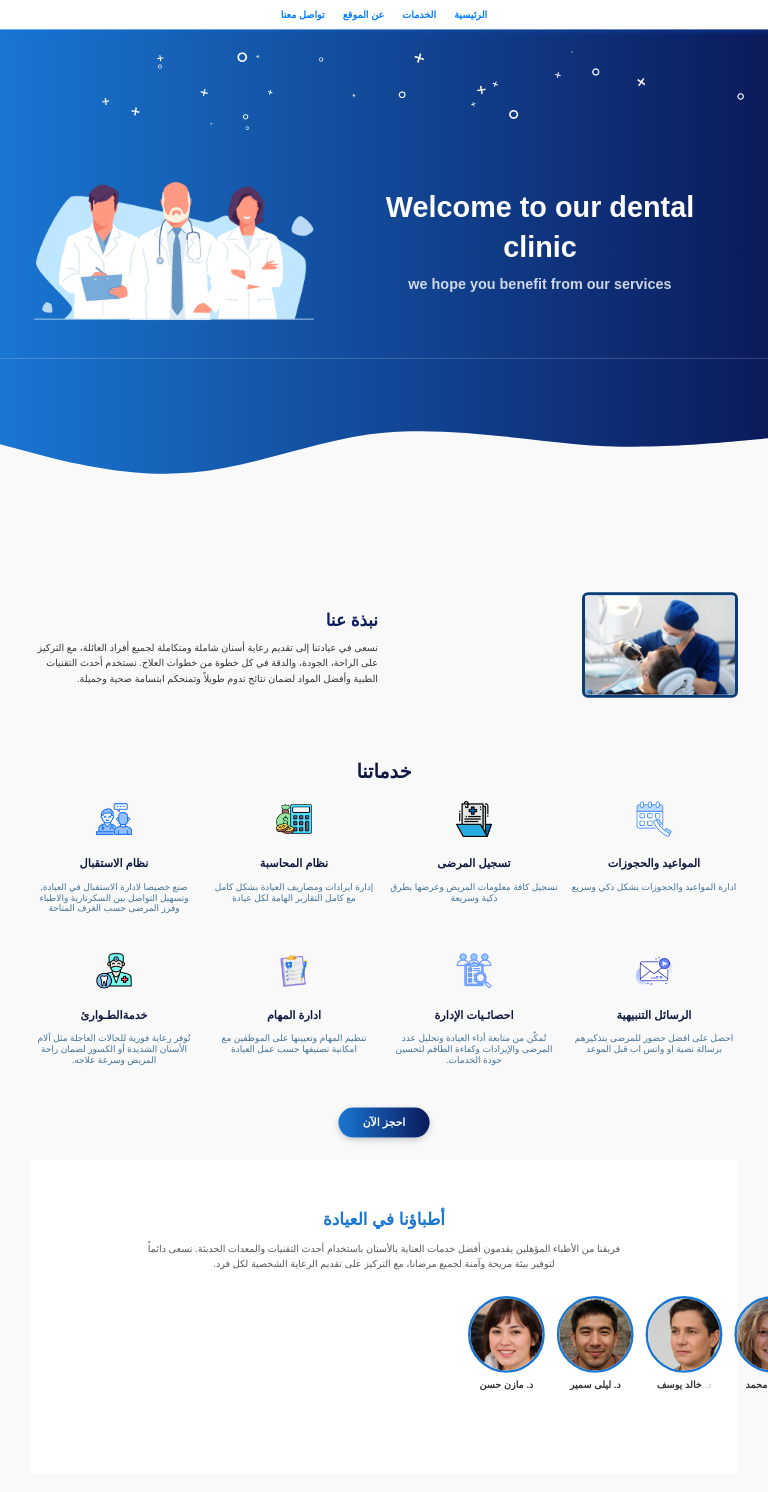
Repository: mysite4/s
Page: http://localhost/
The author's editor kept a copy of each file at every save. The page is drawn from the files as they stood at one save, then again after the next save.
The browser window is 1280 px wide. The pictures show the whole page, at 60% of full size.
Some web fonts or font styles are not loaded; a fallback is used. The page is served by the project's application, run on Django 5.2 (manage.py). Other server files are loaded and not shown.

Above is the page before, as saved 2025-10-22 18:47:47.

### main/templates/home.html
{% load static %}
<!DOCTYPE html>
<html lang="ar" dir="rtl">
<head>
<meta charset="UTF-8">
<meta name="viewport" content="width=device-width, initial-scale=1.0">
<title>dental clinick</title>
<link href="https://fonts.googleapis.com/css2?family=Cairo:wght@200..1000&display=swap" rel="stylesheet">
<link rel="stylesheet" href="{% static 'css/style.css' %}">
</head>
<body>

<nav>
  <ul>
    <li><a href="#">الرئيسية</a></li>
    <li><a href="#">الخدمات</a></li>
    <li><a href="#">عن الموقع</a></li>
    <li><a href="#">تواصل معنا</a></li>
  </ul>
</nav>

<header>
  <div class="header-image">
    <img src="{% static 'image/44.png' %}" alt="صورة شفافة">
  </div>
  <div class="header-content">
    <div class="header-text">
      <h1>Welcome to our dental clinic</h1>
      <h3>we hope you benefit from our services</h3>
    </div>
    <div class="header-icon">
      <img src="{% static 'image/r.png.png' %}" alt="ريم">
    </div>
  </div>
</header>

<!-- موجة -->
<svg class="waves" xmlns="http://www.w3.org/2000/svg" viewBox="0 0 1440 320">
  <defs>
    <linearGradient id="waveGradient" x1="0%" y1="0%" x2="100%" y2="0%">
      <stop offset="0%" style="stop-color:#1976d2;stop-opacity:1" />
      <stop offset="100%" style="stop-color:#0b1a5b;stop-opacity:1"/>
    </linearGradient>
  </defs>
  <path fill="url(#waveGradient)" d="M0,160L60,176C120,192,240,224,360,213.3C480,203,600,149,720,138.7C840,128,960,149,1080,160C1200,171,1320,160,1380,154.7L1440,149L1440,0L0,0Z"></path>
</svg>

<main>
  <!-- قسم نبذة عنا -->
  <div class="about-section">
    <div class="about-image">
      <img src="{% static 'image/9.webp' %}" alt="صورة طبيب أسنان">
    </div>
    <div class="about-text">
      <h2>نبذة عنا</h2>
      <p>
        نسعى في عيادتنا إلى تقديم رعاية أسنان شاملة ومتكاملة لجميع أفراد العائلة، مع التركيز على الراحة، الجودة، والدقة في كل خطوة من خطوات العلاج.
        نستخدم أحدث التقنيات الطبية وأفضل المواد لضمان نتائج تدوم طويلاً وتمنحكم ابتسامة صحية وجميلة.
      </p>
    </div>
  </div>

  <!-- قسم خدماتنا -->
  <section class="services-section">
    <h2>خدماتنا</h2>
    <div class="services-container">
      <div class="service-item">
        <img src="{% static 'image/appointment.png' %}" alt="خدمة 1">
        <h3>المواعيد والحجوزات</h3>
        <p>ادارة المواعيد والحجوزات بشكل ذكي وسريع</p>
      </div>
      <div class="service-item">
        <img src="{% static 'image/folder.png' %}" alt="خدمة 2">
        <h3>تسجيل المرضى</h3>
        <p>تسجيل كافة معلومات المريض وعرضها بطرق ذكية وسريعة</p>
      </div>
      <div class="service-item">
        <img src="{% static 'image/budget.png' %}" alt="خدمة 3">
        <h3>نظام المحاسبة</h3>
        <p>إدارة ايرادات ومصاريف العيادة بشكل كامل مع كامل التقارير الهامة لكل عيادة </p>
      </div>
      <div class="service-item">
        <img src="{% static 'image/doctor-consultation.png' %}" alt="خدمة 4">
        <h3>نظام الاستقبال</h3>
        <p>صنع خصيصا لادارة الاستقبال في العيادة, وتسهيل التواصل بين السكرتارية والاطباء وفرز المرضى حسب الغرف المتاحة</p>
      </div>
      <div class="service-item">
        <img src="{% static 'image/message.png' %}" alt="خدمة 5">
        <h3>الرسائل التنبيهية</h3>
        <p>احصل على افضل حضور للمرضى بتذكيرهم برسالة نصية او واتس اب قبل الموعد</p>
      </div>
      <div class="service-item">
        <img src="{% static 'image/feasibility.png' %}" alt="خدمة 6">
        <h3>احصائـيات الإدارة</h3>
        <p>تُمكّن من متابعة أداء العيادة وتحليل عدد المرضى والإيرادات وكفاءة الطاقم لتحسين جودة الخدمات. </p>
      </div>
      <div class="service-item">
        <img src="{% static 'image/record.png' %}" alt="خدمة 7">
        <h3>ادارة المهام</h3>
        <p>تنظيم المهام وتعيينها على الموظفين مع امكانية تصنيفها حسب عمل العيادة</p>
      </div>
      <div class="service-item">
        <img src="{% static 'image/dentist.png' %}" alt="خدمة 8">
        <h3>خدمةالطـوارئ</h3>
        <p>تُوفر رعاية فورية للحالات العاجلة مثل آلام الأسنان الشديدة أو الكسور لضمان راحة المريض وسرعة علاجه. </p>
      </div>
    </div>
       <div class="book-button">
  <a href="{% url 'booking_page' %}">احجز الآن</a>
</div>
  </section>

  <!-- قسم الأطباء -->
  <section class="doctors-section">
    <h2>أطباؤنا في العيادة</h2>
    <p class="description">
      فريقنا من الأطباء المؤهلين يقدمون أفضل خدمات العناية بالأسنان باستخدام أحدث التقنيات والمعدات الحديثة. نسعى دائماً لتوفير بيئة مريحة وآمنة لجميع مرضانا، مع التركيز على تقديم الرعاية الشخصية لكل فرد.
    </p>

    <!-- Swiper -->
    <div class="swiper doctors-swiper">
      <div class="swiper-wrapper">
        <div class="swiper-slide doctor-card">
          <div class="doctor-img"><img src="{% static 'image/oi.jpg' %}" alt="د. أحمد"></div>
          <div class="doctor-name">د. أحمد علي</div>
        </div>
        <div class="swiper-slide doctor-card">
          <div class="doctor-img"><img src="{% static 'image/ops.jpg' %}" alt="د. سارة"></div>
          <div class="doctor-name">د. سارة محمد</div>
        </div>
        <div class="swiper-slide doctor-card">
          <div class="doctor-img"><img src="{% static 'image/p.jpg' %}" alt="د. خالد"></div>
          <div class="doctor-name">د. خالد يوسف</div>
        </div>
        <div class="swiper-slide doctor-card">
          <div class="doctor-img"><img src="{% static 'image/we.jpg' %}" alt="د. ليلى"></div>
          <div class="doctor-name">د. ليلى سمير</div>
        </div>
        <div class="swiper-slide doctor-card">
          <div class="doctor-img"><img src="{% static 'image/y.jpg' %}" alt="د. مازن"></div>
          <div class="doctor-name">د. مازن حسن</div>
        </div>
      </div>

      <!-- Pagination نقاط -->
      <div class="swiper-pagination"></div>

      <!-- أزرار التالي/السابق -->
      <div class="swiper-button-next"></div>
      <div class="swiper-button-prev"></div>
    </div>

  </section>

</main>

<!-- Swiper JS -->
<script src="https://cdn.jsdelivr.net/npm/swiper@10/swiper-bundle.min.js"></script>

<script>
 const swiper = new Swiper('.doctors-swiper', {
  slidesPerView: 4,        // عدد الصور المرئية في نفس الوقت
  spaceBetween: 20,        // المسافة بين الصور
  loop: true,              // لتكرار السلايدر
  autoplay: {
    delay: 2000,
    disableOnInteraction: false,
  },
  navigation: {            // أزرار التالي/السابق
    nextEl: '.swiper-button-next',
    prevEl: '.swiper-button-prev',
  },
  pagination: {            // نقاط التصفح
    el: '.swiper-pagination',
    clickable: true,
  },
  breakpoints: {           // responsive
    320: { slidesPerView: 1 },
    480: { slidesPerView: 2 },
    768: { slidesPerView: 3 },
    1024: { slidesPerView: 4 }
  }
});

</script>

</body>
</html>

### main/views.py
from django.shortcuts import render

def home(request):
    return render(request, 'home.html')
from django.shortcuts import render

def booking_page(request):
    return render(request, 'booking.html')
from django.shortcuts import render, redirect
from .forms import AppointmentForm

def booking_page(request):
    if request.method == 'POST':
        form = AppointmentForm(request.POST)
        if form.is_valid():
            form.save()
            return render(request, 'booking_success.html')
    else:
        form = AppointmentForm()
    return render(request, 'booking.html', {'form': form})

### mysite/urls.py
"""
URL configuration for mysite project.

The `urlpatterns` list routes URLs to views. For more information please see:
    https://docs.djangoproject.com/en/5.2/topics/http/urls/
Examples:
Function views
    1. Add an import:  from my_app import views
    2. Add a URL to urlpatterns:  path('', views.home, name='home')
Class-based views
    1. Add an import:  from other_app.views import Home
    2. Add a URL to urlpatterns:  path('', Home.as_view(), name='home')
Including another URLconf
    1. Import the include() function: from django.urls import include, path
    2. Add a URL to urlpatterns:  path('blog/', include('blog.urls'))
"""
from django.contrib import admin
from django.urls import path, include

urlpatterns = [
    path('admin/', admin.site.urls),
    path('', include('main.urls')),
]

### main/urls.py
from django.urls import path
from . import views

urlpatterns = [
    path('', views.home, name='home'),
    path('booking/', views.booking_page, name='booking_page'),
]

### main/static/css/style.css
/* إعدادات عامة */
html, body {
  margin: 0;
  padding: 0;
  width: 100%;
  font-family: 'Cairo', sans-serif;
  background-color: #f9f9f9;
}

/* Navbar */
nav {
  width: 100%;
  background-color: #ffffff;
  box-shadow: 0 4px 8px rgba(0, 123, 255, 0.2);
  position: fixed;
  top: 0;
  z-index: 1000;
}

nav ul {
  display: flex;
  justify-content: center;
  list-style: none;
  margin: 0;
  padding: 0 30px;
}

nav ul li {
  margin: 0 15px;
}

nav ul li a {
  text-decoration: none;
  color: #007bff;
  font-weight: 600;
  padding: 15px 0;
  display: inline-block;
  transition: color 0.3s, border-bottom 0.3s;
}

nav ul li a:hover {
  color: #0056b3;
  border-bottom: 3px solid #007bff;
}

/* صورة شفافة أسفل النافبار */
.header-image {
  width: 100%;
  margin-top: 60px; /* لتجنب تغطية النافبار */
}

.header-image img {
  width: 100%;
  height: auto;
  display: block;
}

/* Header */
header {
  position: relative;
  width: 100%;
  min-height: 200px;
  overflow: hidden;
  background: linear-gradient(to left, #0b1a5b, #1976d2);
  display: flex;
  flex-direction: column;
  justify-content: center;
  align-items: center;
  padding: 20px 0 0 0;
}

.header-content {
  display: flex;
  flex-direction: row;
  justify-content: space-between;
  align-items: center;
  width: 100%;
  max-width: 1200px;
  padding: 20px 50px;
  margin-top: 5px;
}

.header-text {
  color: white;
  max-width: 50%;
  text-align: center;
  line-height: 1.4;
  padding: 40px;
}

.header-text h1 {
  font-size: 48px;
  margin: 0;
}

.header-text h3 {
  font-size: 24px;
  margin-top: 10px;
  color: rgba(255,255,255,0.8);
}

.header-icon img {
  width: 500px;
  height: auto;
  border-radius: 15px;
}

/* قسم نبذة عنا */
.about-section {
  display: flex;
  flex-wrap: wrap;
  justify-content: space-between;
  align-items: center;
  max-width: 1200px;
  margin: 50px auto;
  gap: 20px;
}

.about-image, .about-text {
  flex: 1 1 45%;
}

.about-image img {
  width: 100%;
  max-width: 250px;
  height: auto;
  border-radius: 10px;
  border: 5px solid #083d75;
  margin: 0 auto;
}

.about-text {
  text-align: right;
}

.about-text h2 {
  font-size: 28px;
  margin-bottom: 15px;
  color: #0b1a5b;
}

.about-text p {
  font-size: 16px;
  line-height: 1.6;
  color: #333;
}

/* قسم خدماتنا */
.services-section {
  max-width: 1200px;
  margin: 100px auto 50px auto;
  text-align: center;
}

.services-section h2 {
  font-size: 32px;
  margin-bottom: 30px;
  color: #0e173f;
}

.services-container {
  display: flex;
  flex-wrap: wrap;
  justify-content: space-between;
  gap: 20px;
}

.service-item {
  flex: 1 1 22%;
  text-align: center;
  margin-bottom: 30px;
}

.service-item img {
  width: 60px;
  height: 60px;
  margin-bottom: 10px;
}

.service-item p {
  font-size: 15px;
  color: #447296;
}

.service-item h3 {
  color: #0e173f;
}

main {
  padding: 30px 50px;
  margin-top: 20px;
}

/* Media Queries */
@media (max-width: 992px) {
  .header-content {
    flex-direction: column;
    text-align: center;
    padding: 0 20px;
  }

  .header-text {
    max-width: 100%;
    margin-bottom: 20px;
    text-align: center;
  }

  .header-icon img {
    width: 80%;
  }

  nav ul {
    justify-content: center;
  }

  .service-item {
    flex: 1 1 45%;
  }
}

@media (max-width: 600px) {
  .service-item {
    flex: 1 1 100%;
  }

  .about-section {
    flex-direction: column;
    align-items: center;
  }

  .about-text {
    text-align: center;
  }

  .about-image img {
    max-width: 200px;
  }
}

.book-button {
  text-align: center;
  margin-top: 40px;
}

.book-button a {
  background: linear-gradient(to right, #1976d2, #0b1a5b);
  color: #fff;
  padding: 15px 40px;
  border-radius: 30px;
  text-decoration: none;
  font-size: 18px;
  font-weight: bold;
  transition: 0.3s ease;
  box-shadow: 0 4px 10px rgba(0, 0, 0, 0.2);
}

.book-button a:hover {
  background: linear-gradient(to right, #0b1a5b, #1976d2);
  transform: scale(1.05);
}

body {
  font-family: 'Cairo', sans-serif;
  background-color: #f9f9f9;
  margin: 0;
  padding: 0;
}
/* قسم الأطباء */
.doctors-section {
  text-align: center;
  padding: 60px 20px;
  background-color: #fff;
}

.doctors-section h2 {
  font-size: 28px;
  margin-bottom: 20px;
  color: #1976d2;
}

.doctors-section p.description {
  font-size: 16px;
  color: #555;
  max-width: 800px;
  margin: 0 auto 40px;
  line-height: 1.6;
}

/* Swiper Horizontal */
.doctors-swiper .swiper-wrapper {
  display: flex !important;
}

.doctors-swiper .swiper-slide {
  display: flex;
  justify-content: center;
  flex-shrink: 0;
  width: auto !important;  /* عرض كل بطاقة حسب المحتوى */
}

.doctor-card {
  display: flex;
  flex-direction: column;  /* الصورة فوق الاسم */
  align-items: center;
  width: 160px;
}

.doctor-img {
  width: 120px;
  height: 120px;
  border-radius: 50%;
  overflow: hidden;
  margin-bottom: 10px;
  border: 4px solid #1976d2;
}

.doctor-img img {
  width: 100%;
  height: 100%;
  object-fit: cover;
}

.doctor-name {
  font-size: 16px;
  font-weight: bold;
  color: #333;
}

/* أزرار Swiper */
.swiper-button-next,
.swiper-button-prev {
  color: #1976d2;
  width: 40px;
  height: 40px;
  top: 50%;
  transform: translateY(-50%);
  background: rgba(255,255,255,0.8);
  border-radius: 50%;
  display: flex;
  justify-content: center;
  align-items: center;
}

.swiper-pagination-bullet {
  background: #1976d2;
}

After the next save:
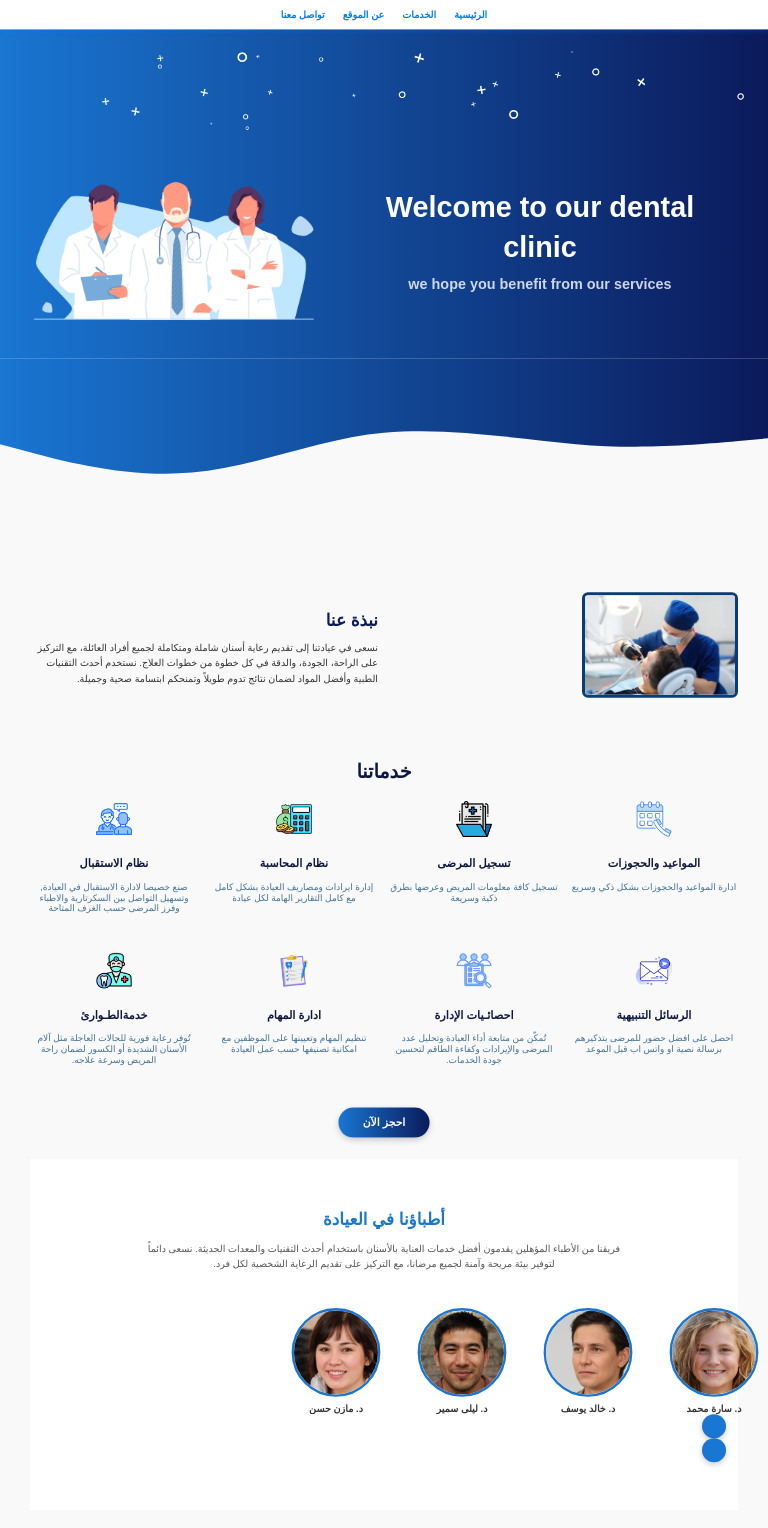
Saved 4 min 21 s later.
--- a/main/static/css/style.css
+++ b/main/static/css/style.css
@@ -286,28 +286,36 @@ body {
   line-height: 1.6;
 }
 
-/* Swiper Horizontal */
+/* Swiper */
+.doctors-swiper {
+  max-width: 1200px;        /* أقصى عرض للسلايدر */
+  margin: 0 auto;           /* مركز الشاشة */
+  padding: 20px 0;
+}
+
 .doctors-swiper .swiper-wrapper {
-  display: flex !important;
+  display: flex;
+  align-items: center;
 }
 
 .doctors-swiper .swiper-slide {
-  display: flex;
-  justify-content: center;
+  width: 180px !important;  /* حجم البطاقة */
+  display: flex;
+  flex-direction: column;
+  align-items: center;
+  justify-content: flex-start;
+}
+
+.doctor-card {
+  text-align: center;
+  width: 100%;
   flex-shrink: 0;
-  width: auto !important;  /* عرض كل بطاقة حسب المحتوى */
-}
-
-.doctor-card {
-  display: flex;
-  flex-direction: column;  /* الصورة فوق الاسم */
-  align-items: center;
-  width: 160px;
+  margin: 0 10px; /* مسافة بين البطاقات */
 }
 
 .doctor-img {
-  width: 120px;
-  height: 120px;
+  width: 140px;
+  height: 140px;
   border-radius: 50%;
   overflow: hidden;
   margin-bottom: 10px;
@@ -329,18 +337,24 @@ body {
 /* أزرار Swiper */
 .swiper-button-next,
 .swiper-button-prev {
-  color: #1976d2;
+  color: #fff;
   width: 40px;
   height: 40px;
-  top: 50%;
-  transform: translateY(-50%);
-  background: rgba(255,255,255,0.8);
+  background: #1976d2;
   border-radius: 50%;
   display: flex;
   justify-content: center;
   align-items: center;
-}
-
+  font-size: 20px;
+  box-shadow: 0 4px 10px rgba(0,0,0,0.2);
+}
+
+.swiper-button-next:hover,
+.swiper-button-prev:hover {
+  background: #0b1a5b;
+}
+
+/* Pagination */
 .swiper-pagination-bullet {
   background: #1976d2;
 }
